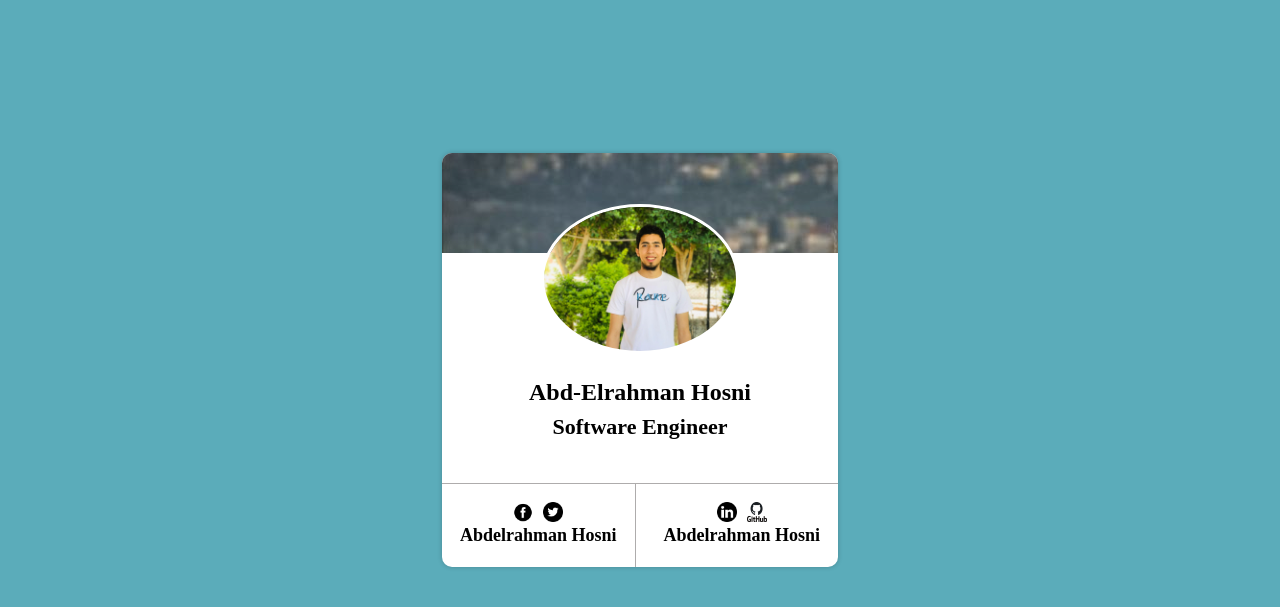
Repository: Abdo-Hosni123/Html-and-css-projects
Page: index.html
These files come from the project's save history. The page is drawn as it stood at one moment and after the next save; the edit follows.
The browser window is 1280 px wide. The pictures show the whole page.

Above is the page before, as saved 2023-12-06 01:11:53.

After the next save:
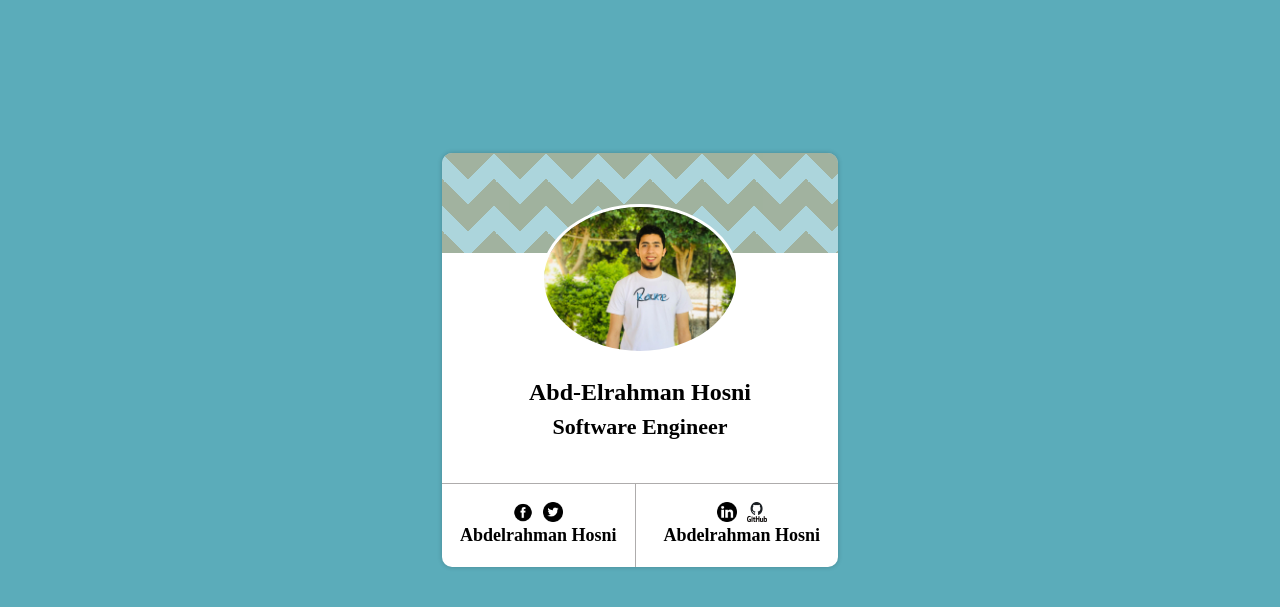
Saved 59 s later.
--- a/Style.css
+++ b/Style.css
@@ -61,8 +61,8 @@ h6 {
   height: 100px;
   background-color: #e5e5f7;
   opacity: 0.8;
-  background-image: url(/assets/palestine.jpeg);
-  /* background-color: #5bacba;
+
+  background-color: #5bacba;
   opacity: 0.5;
   background-image: linear-gradient(135deg, #446740 25%, transparent 25%),
     linear-gradient(225deg, #446740 25%, transparent 25%),
@@ -74,7 +74,7 @@ h6 {
     0 0,
     0 0;
   background-size: 52px 52px;
-  background-repeat: repeat; */
+  background-repeat: repeat;
   z-index: 1;
 }
 .middle {
